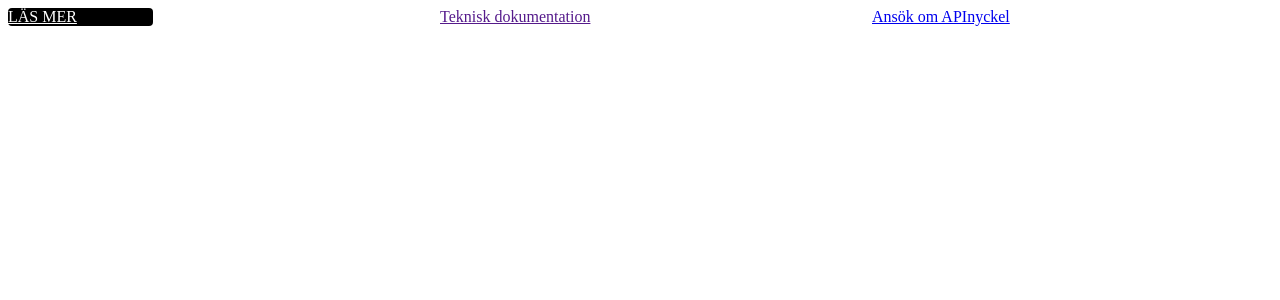
Repository: rudasn/docsy-cms-netlify
Page: layouts/partials/link.html
The author's editor kept a copy of each file at every save. The page is drawn from the files as they stood at one save, then again after the next save.
The browser window is 1280 px wide. The pictures show the whole page.

Above is the page before, as saved 2021-05-11 12:50:23.

### layouts/partials/link.html

<style>
.button{
background-color: black;
border-radius: 4px;
text-align: start;
max-width: 35%;


padding-right: 5px;

font-size: 16px;


color: white

}
.bt_text {
color: white;}

.grid-container {
display: grid;
grid-template-columns: repeat(auto-fit, minmax(100px, 1fr ));

grid-gap: 32px;
grid-auto-flow: dense;

}
.link_right{
float: right;

}
/* Single column display for phones */
@media (max-width: 459px) {
    .grid-container {
      display: flex;
      flex-direction: column;
    }

}

</style>

<div class="grid-container p-0 ml-0">

    <a class="button" href="">LÄS MER</a>

    <a class="link_right " href="">Teknisk dokumentation</a>

    <a class="link_right" href="https://apirequest.jobtechdev.se/">Ansök om APInyckel</a>

  </div>


<!--

<div >
    <div class="row m-0">
        <div class="column">
            <button class="list_btn">
                <a class ="bt_text"href="">Läs mer</a>
            </button>
        </div>
        <div class="column">
            <a href="">Teknisk dokumentation</a>
        </div>
        <div class="column">
            <a href="">Ansök om en APInyckel</a>
        </div>
    </div>

</div>
-->

After the next save:
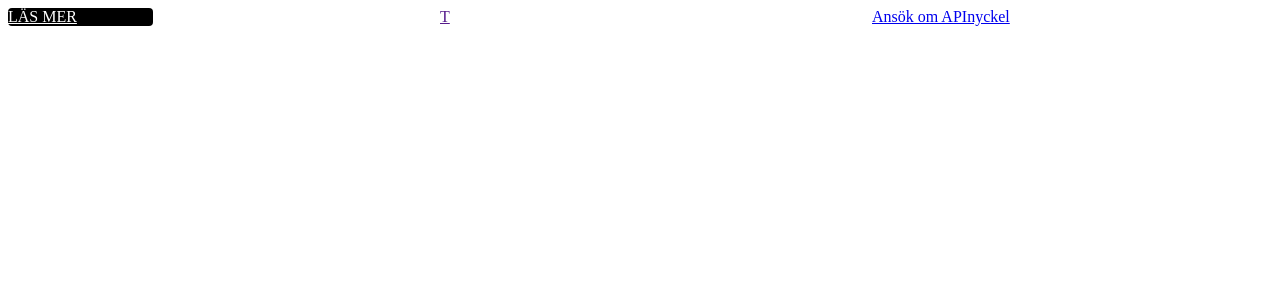
Saved 79 s later.
--- a/layouts/partials/link.html
+++ b/layouts/partials/link.html
@@ -45,7 +45,7 @@ float: right;
 
     <a class="button" href="">LÄS MER</a>
 
-    <a class="link_right " href="">Teknisk dokumentation</a>
+    <a class="link_right " href="">T</a>
 
     <a class="link_right" href="https://apirequest.jobtechdev.se/">Ansök om APInyckel</a>
 
